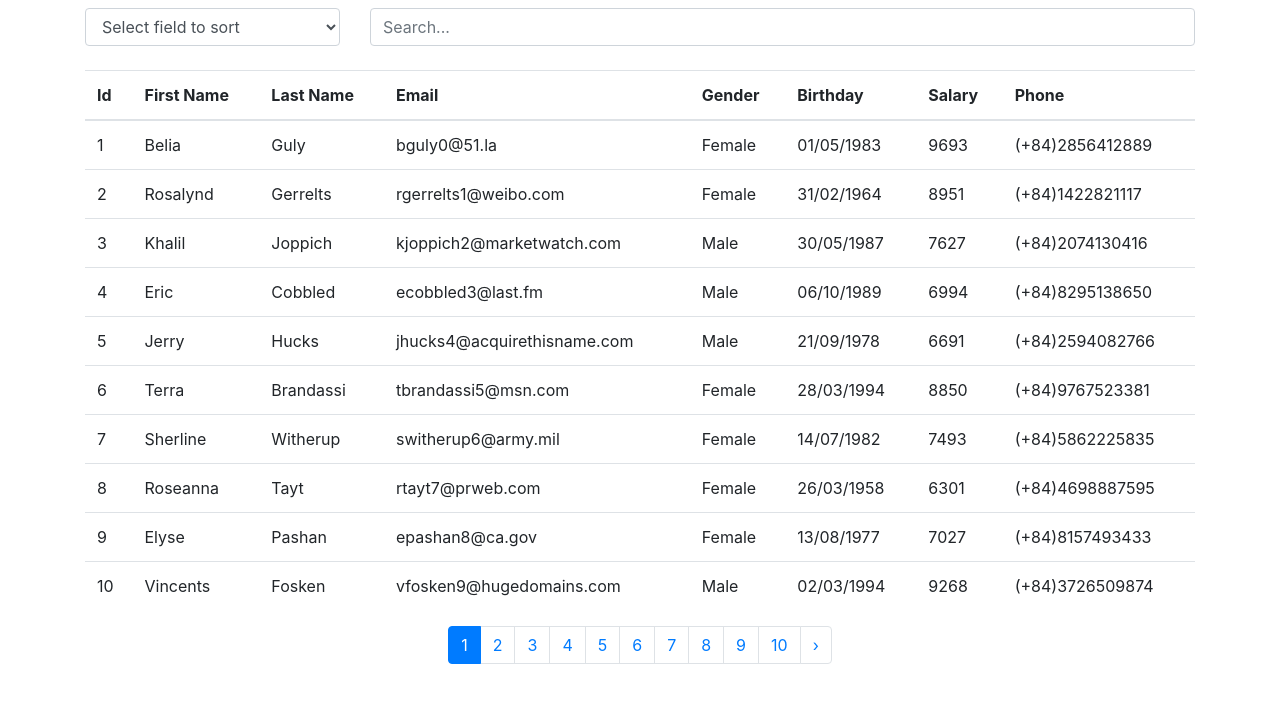
Repository: nguy3nds/table-app
Page: /
The author's editor kept a copy of each file at every save. The page is drawn from the files as they stood at one save, then again after the next save.
The browser window is 1280 px wide. The pictures show the whole page.
The project was rebuilt for these pictures with package versions that can differ from the ones it lists, and the page was loaded fresh each time.

Above is the page before, as saved 2021-09-21 14:54:07.

After the next save:
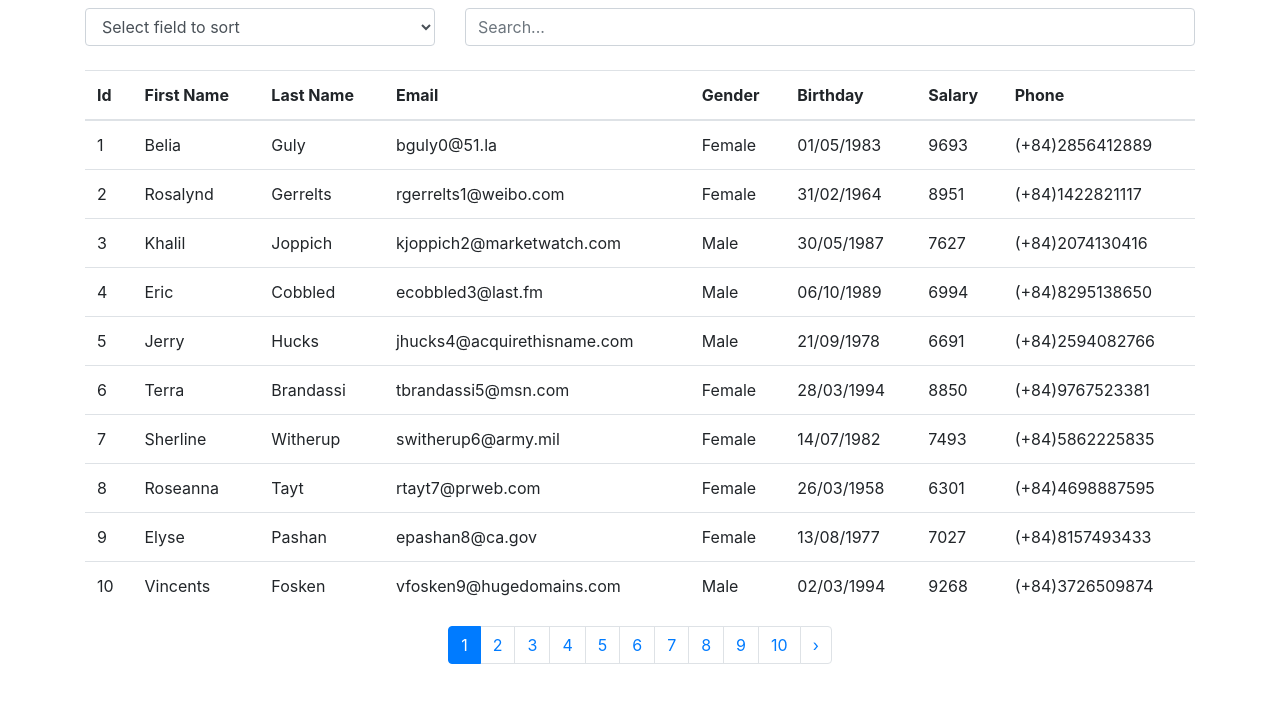
Saved 8 s later.
--- a/src/App.tsx
+++ b/src/App.tsx
@@ -77,7 +77,7 @@ const App: React.FC = () => {
       <Container>
         <Table>
           <Row className="my-2">
-            <Col md="3">
+            <Col md="4">
               <SelectionBox handleSelection={onSort} />
             </Col>
             <Col>
